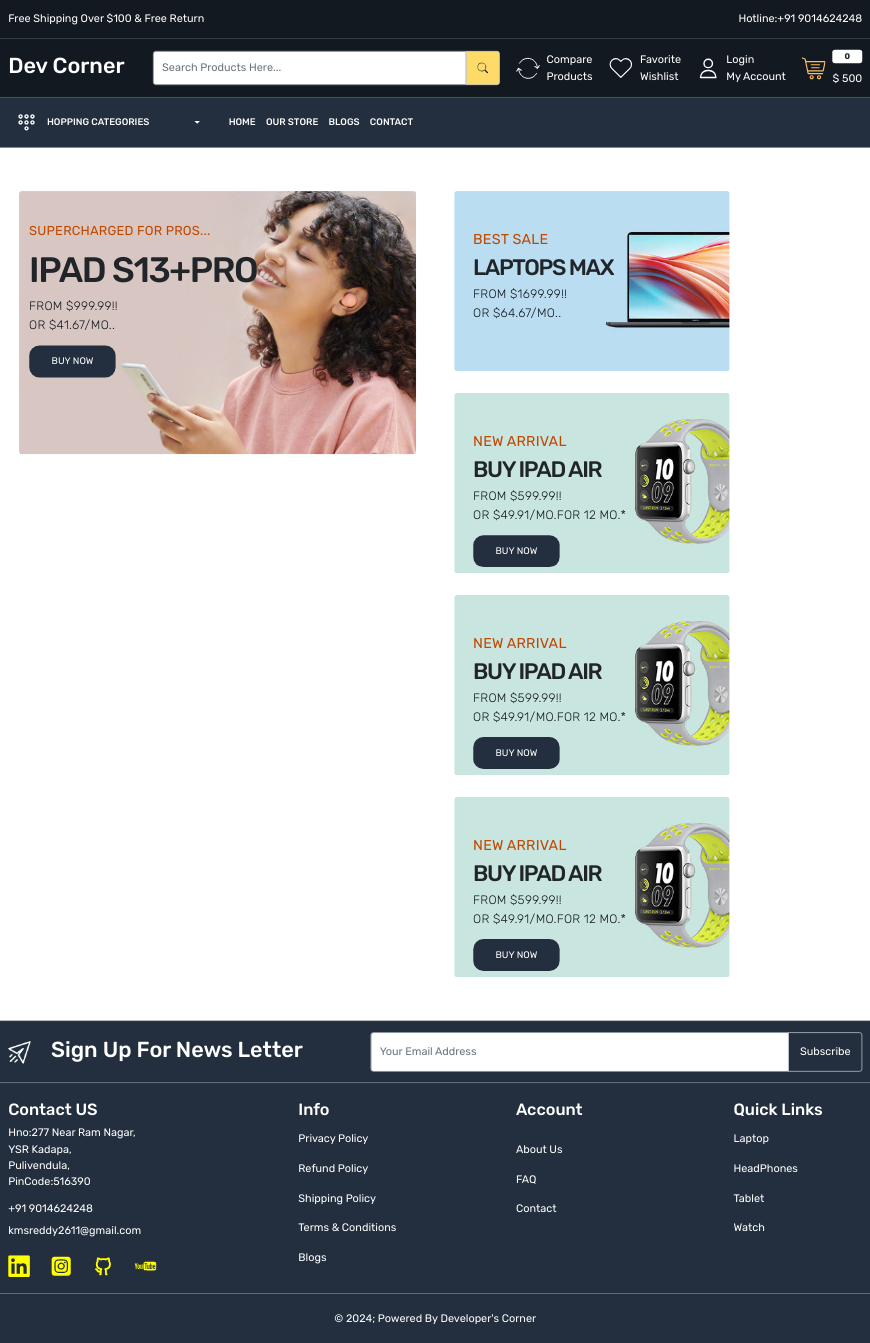
Repository: maniheist/ecommerce-app
Page: /
An editor plug-in stored every save of this project. The page is shown before and after the next save, followed by the edit.
The browser window is 1280 px wide. The pictures show the whole page, at 68% of full size.
The project was rebuilt for these pictures with package versions that can differ from the ones it lists, and the page was loaded fresh each time. Also part of the build but not shown: src/pages/About.js, src/pages/Contact.js.

Above is the page before, as saved 2024-02-18 18:56:04.

After the next save:
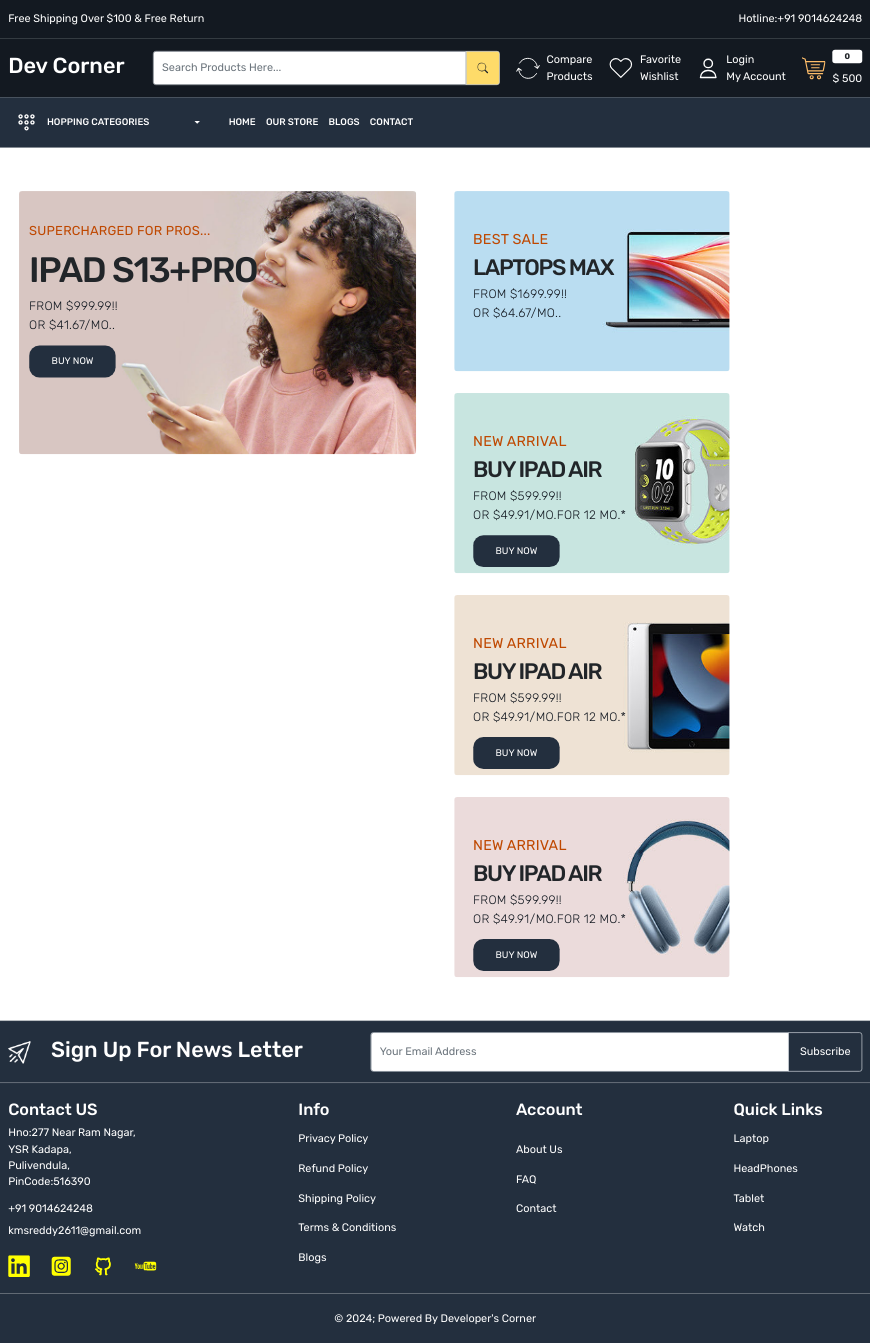
Saved 29 s later.
--- a/src/pages/Home.js
+++ b/src/pages/Home.js
@@ -43,7 +43,7 @@
 
           </div>
           <div className='small-banner position-relative p-3'>
-            <img src='images/catbanner-02.jpg' className='img-fluid rounded-3' alt='small banner' />
+            <img src='images/catbanner-03.jpg' className='img-fluid rounded-3' alt='small banner' />
             <div className='small-banner-content position-absolute'>
               <h4>NEW ARRIVAL</h4>
               <h5>BUY IPAD AIR</h5>
@@ -53,7 +53,7 @@
 
           </div>
           <div className='small-banner position-relative p-3'>
-            <img src='images/catbanner-02.jpg' className='img-fluid rounded-3' alt='small banner' />
+            <img src='images/catbanner-04.jpg' className='img-fluid rounded-3' alt='small banner' />
             <div className='small-banner-content position-absolute'>
               <h4>NEW ARRIVAL</h4>
               <h5>BUY IPAD AIR</h5>
